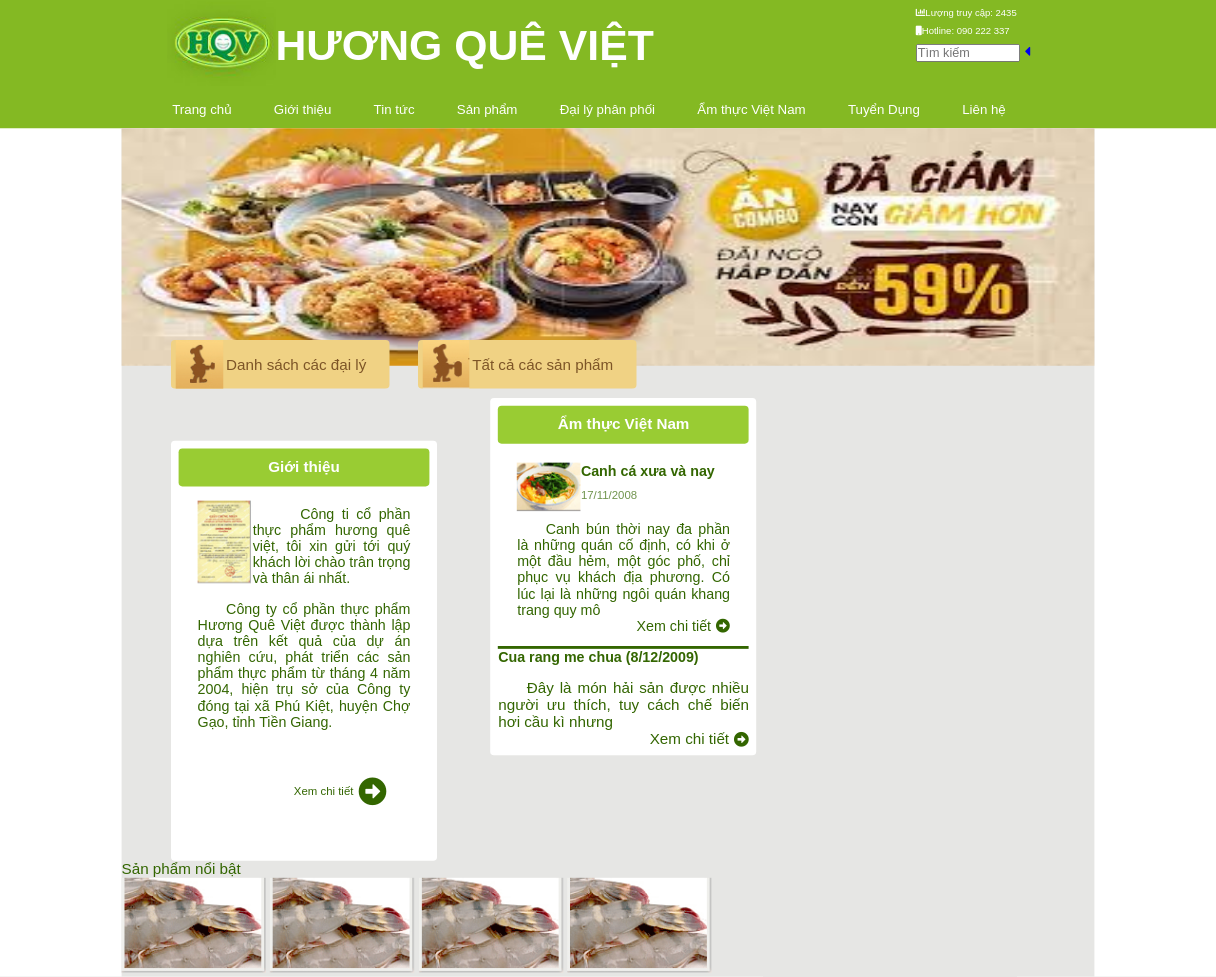
Repository: NgocTruong0701/Self_Learning
Page: html/practice/Baitapweb/index.html
An editor plug-in stored every save of this project. The page is shown before and after a run of saves, followed by the edit.
The browser window is 1280 px wide. The pictures show the whole page, at 95% of full size.

Above is the page before, as saved 2021-10-06 21:54:31.

After the next 2 saves:
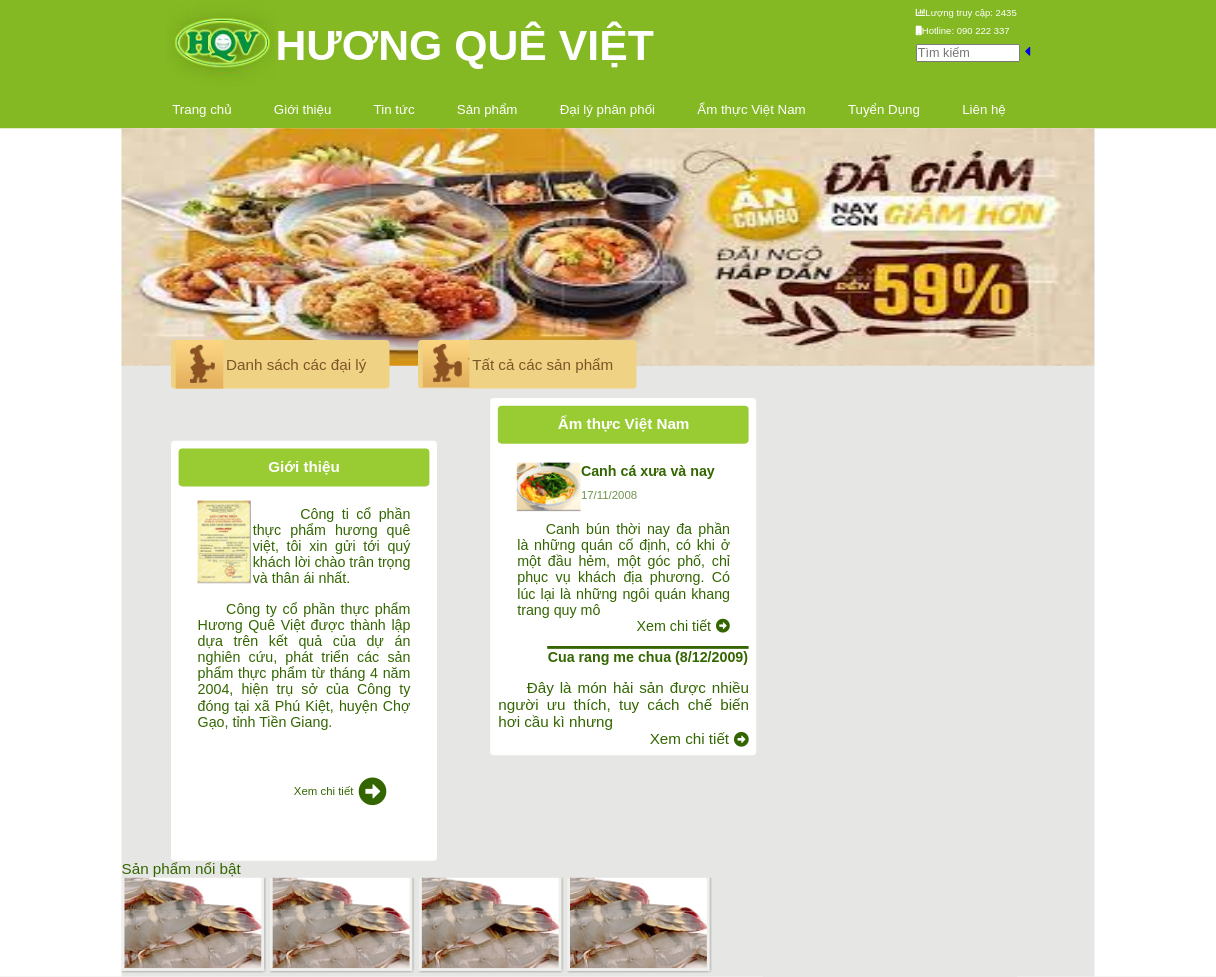
The 2 saves are shown as one change because they came seconds apart.
The last was saved 29 s later.
--- a/html/practice/Baitapweb/assets/css/styles.css
+++ b/html/practice/Baitapweb/assets/css/styles.css
@@ -243,7 +243,7 @@ header .box-right{
     border-top: solid;
     margin-top: 30px;
     font-weight: 600;
-
+    margin-left: 52px;
 }
 /* End Container */
 
